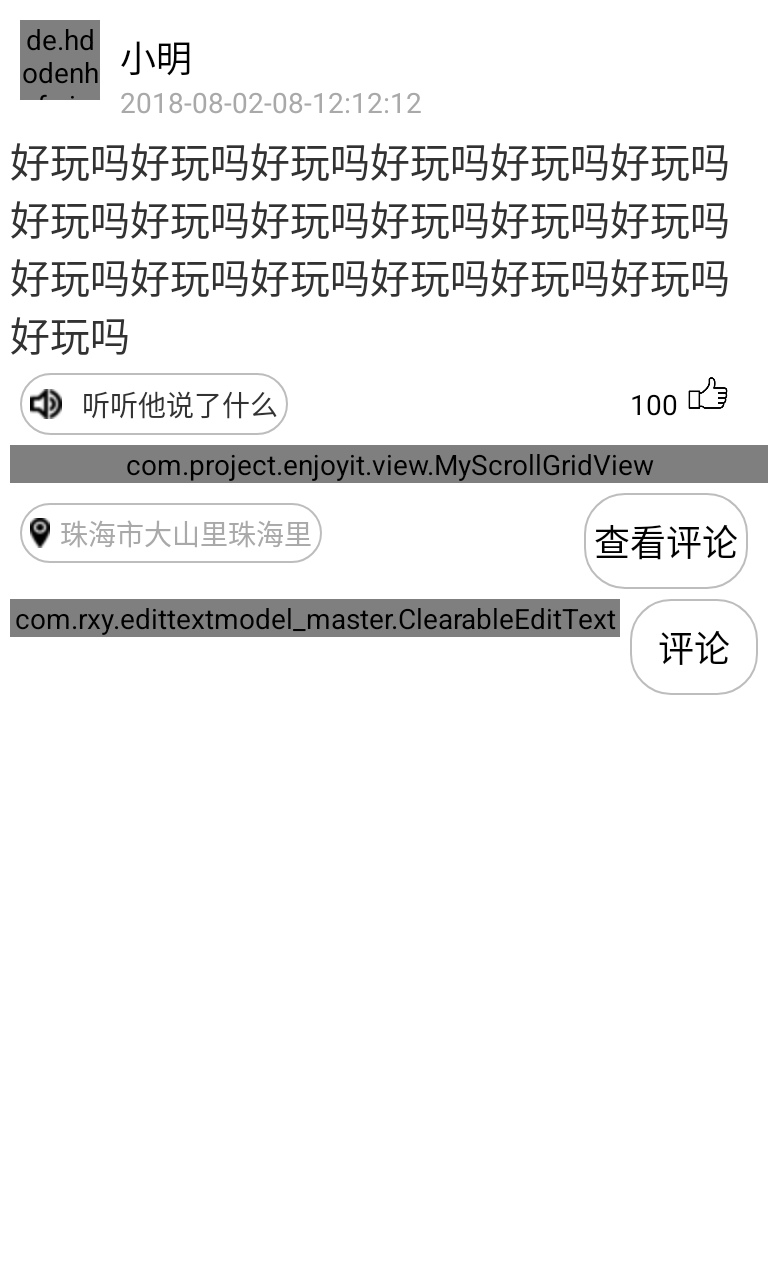
Repository: fatio/Nower
Layout: Android_Client_Source/EnjoyIt/res/layout/shows_list_item.xml
The author's editor kept a copy of each file at every save. The layout is drawn from the files as they stood at one save, then again after the next save.
Pictures or frames that could not be fetched are drawn as grey boxes. It is drawn on a 768 x 1280 px phone screen (xhdpi) without system bars, with theme AppTheme; the app's code is not run.

Above is the layout before, as saved 2015-12-27 07:41:14.

### Android_Client_Source/EnjoyIt/res/layout/shows_list_item.xml
<?xml version="1.0" encoding="utf-8"?>
<LinearLayout xmlns:android="http://schemas.android.com/apk/res/android"
    xmlns:tools="http://schemas.android.com/tools"
    xmlns:app="http://schemas.android.com/apk/res-auto"
    android:layout_width="match_parent"
    android:layout_height="match_parent"
    android:orientation="vertical" >

    <LinearLayout
        android:layout_width="match_parent"
        android:layout_height="wrap_content"
        android:orientation="horizontal" >

        <de.hdodenhof.circleimageview.CircleImageView
            android:id="@+id/civ_head_pic"
            android:layout_width="40dp"
            android:layout_height="40dp"
            android:layout_marginLeft="10dp"
            android:layout_marginTop="10dp"
            android:src="@drawable/head_cat"
            app:border_color="#FFEEEEEE"
            app:border_width="2dp" />

        <LinearLayout
            android:layout_width="wrap_content"
            android:layout_height="wrap_content"
            android:layout_marginLeft="10dp"
            android:layout_marginTop="15dp"
            android:orientation="vertical" >

            <TextView
                android:id="@+id/tv_username"
                android:layout_width="wrap_content"
                android:layout_height="wrap_content"
                android:text="小明"
                android:textColor="@drawable/white_show"
                android:textSize="18sp" />

            <TextView
                android:id="@+id/tv_time"
                android:layout_width="wrap_content"
                android:layout_height="wrap_content"
                android:text="2018-08-02-08-12:12:12"
                android:textColor="#a9a9a9" />
        </LinearLayout>
    </LinearLayout>

    <LinearLayout
        android:layout_width="match_parent"
        android:layout_height="wrap_content"
        android:layout_marginLeft="5dp"
        android:layout_marginRight="5dp"
        android:layout_marginTop="5dp"
        android:orientation="vertical" >

        <TextView
            android:id="@+id/tv_content"
            android:layout_width="match_parent"
            android:layout_height="wrap_content"
            android:autoLink="all"
            android:gravity="center|left"
            android:text="好玩吗好玩吗好玩吗好玩吗好玩吗好玩吗好玩吗好玩吗好玩吗好玩吗好玩吗好玩吗好玩吗好玩吗好玩吗好玩吗好玩吗好玩吗好玩吗"
            android:textSize="20sp" />
    </LinearLayout>

    <RelativeLayout
        android:layout_width="match_parent"
        android:layout_height="wrap_content"
        android:layout_marginTop="5dp"
        android:orientation="horizontal" >

        <TextView
            android:id="@+id/tv_sound"
            android:layout_width="wrap_content"
            android:layout_height="wrap_content"
            android:layout_alignParentLeft="true"
            android:layout_marginLeft="10dp"
            android:background="@drawable/imageview_btn_item_selector"
            android:drawableLeft="@drawable/ic_sound_pause"
            android:drawablePadding="10dp"
            android:padding="5dp"
            android:singleLine="true"
            android:text="听听他说了什么" />

        <ImageView
            android:id="@+id/iv_like"
            android:layout_width="20dp"
            android:layout_height="20dp"
            android:layout_alignParentRight="true"
            android:layout_marginLeft="5dp"
            android:layout_marginRight="20dp"
            android:src="@drawable/ic_like" />

        <TextView
            android:id="@+id/tv_likes_num"
            android:layout_width="wrap_content"
            android:layout_height="wrap_content"
            android:layout_centerVertical="true"
            android:layout_toLeftOf="@id/iv_like"
            android:gravity="center"
            android:text="100"
            android:textColor="@drawable/white_show" />
    </RelativeLayout>

    <com.project.enjoyit.view.MyScrollGridView
        android:id="@+id/gv_images"
        android:layout_width="fill_parent"
        android:layout_height="wrap_content"
        android:layout_marginLeft="5dp"
        android:layout_marginTop="5dp"
        android:horizontalSpacing="3dp"
        android:numColumns="4"
        android:scrollbars="none"
        android:verticalSpacing="5dp" />

    <RelativeLayout
        android:layout_width="match_parent"
        android:layout_height="wrap_content"
        android:layout_marginTop="5dp" >

        <TextView
            android:id="@+id/tv_address"
            android:layout_width="wrap_content"
            android:layout_height="wrap_content"
            android:layout_alignParentLeft="true"
            android:layout_gravity="center_vertical"
            android:layout_marginLeft="10dp"
            android:layout_marginTop="5dp"
            android:background="@drawable/imageview_btn_item_selector"
            android:drawableLeft="@drawable/ic_address"
            android:drawablePadding="5dp"
            android:ellipsize="marquee"
            android:padding="5dp"
            android:singleLine="true"
            android:text="珠海市大山里珠海里"
            android:textColor="#a9a9a9"
            android:textIsSelectable="true" />

        <Button
            android:id="@+id/bt_show_comments"
            android:layout_width="wrap_content"
            android:layout_height="wrap_content"
            android:layout_alignParentRight="true"
            android:layout_marginRight="10dp"
            android:background="@drawable/imageview_btn_item_selector"
            android:text="查看评论"
            android:padding="5dp"
            android:textColor="@drawable/white_show" />
    </RelativeLayout>

    <LinearLayout
        android:id="@+id/ll_comments_container"
        android:layout_width="match_parent"
        android:layout_height="wrap_content"
        android:orientation="vertical"
        android:visibility="gone" >

        <com.project.enjoyit.view.MyScrollListView
            android:id="@+id/lv_comments"
            android:layout_width="match_parent"
            android:layout_height="wrap_content"
            android:visibility="gone" />

        <Button
            android:id="@+id/bt_hide_comments"
            android:layout_width="wrap_content"
            android:layout_height="wrap_content"
            android:layout_gravity="right"
            android:layout_marginRight="10dp"
            android:background="@drawable/imageview_btn_item_selector"
            android:padding="5dp"
            android:text="隐藏评论"
            android:textColor="@drawable/white_show" />
    </LinearLayout>

    <LinearLayout
        android:layout_width="match_parent"
        android:layout_height="wrap_content"
        android:layout_marginLeft="5dp"
        android:layout_marginRight="5dp"
        android:layout_marginTop="5dp"
        android:orientation="horizontal" >

        <com.rxy.edittextmodel_master.ClearableEditText
            android:id="@+id/cet_comment_text"
            android:layout_width="0dp"
            android:layout_height="wrap_content"
            android:layout_weight="1"
            android:hint="我也说一句" />

        <Button
            android:id="@+id/bt_comment"
            android:layout_width="wrap_content"
            android:layout_height="wrap_content"
            android:layout_marginLeft="5dp"
            android:padding="5dp"
            android:background="@drawable/imageview_btn_item_selector"
            android:text="评论"
            android:textColor="@drawable/white_show" />
    </LinearLayout>

</LinearLayout>

### Android_Client_Source/EnjoyIt/res/values/styles.xml
<resources>
    <style name="like_toast_dialog_style">
        <item name="android:windowFrame">@null</item>
        <item name="android:windowIsFloating">true</item>
        <item name="android:windowIsTranslucent">true</item>
        <item name="android:windowNoTitle">true</item>
        <item name="android:backgroundDimEnabled">false</item>
        <item name="android:windowContentOverlay">@null</item>
        <item name="android:windowBackground">@drawable/round_background</item>
    </style>
    <style name="AnimBottom" parent="@android:style/Animation">
        <item name="android:windowEnterAnimation">@anim/push_bottom_in</item>
        <item name="android:windowExitAnimation">@anim/push_bottom_out</item>
    </style>

    <style name="PopupAnimation3" parent="android:Animation">
        <item name="android:windowEnterAnimation">@anim/push_bottom_in</item>
        <item name="android:windowExitAnimation">@anim/push_bottom_out</item>
    </style>

    <style name="PopupAnimation" mce_bogus="1" parent="android:Animation">
        <item name="android:windowEnterAnimation">@anim/activity_translate_in</item>
        <item name="android:windowExitAnimation">@anim/activity_translate_out</item>
    </style>

    <style name="PopupAnimation1" mce_bogus="1" parent="android:Animation">
        <item name="android:windowEnterAnimation">@anim/popup_enter</item>
        <item name="android:windowExitAnimation">@anim/popup_exit</item>
    </style>
    <!--
        Base application theme, dependent on API level. This theme is replaced
        by AppBaseTheme from res/values-vXX/styles.xml on newer devices.

    -->
    <style name="AppBaseTheme" parent="android:Theme.Light">
        <!--
            Theme customizations available in newer API levels can go in
            res/values-vXX/styles.xml, while customizations related to
            backward-compatibility can go here.

        -->
    </style>

    <!-- Application theme. -->
    <style name="AppTheme" parent="AppBaseTheme">
        <!-- All customizations that are NOT specific to a particular API-level can go here. -->
    </style>

</resources>

### Android_Client_Source/EnjoyIt/res/drawable/white_show.xml
<?xml version="1.0" encoding="utf-8"?>
<selector xmlns:android="http://schemas.android.com/apk/res/android">

    <item android:state_pressed="true" android:color="#ffffff"/>
    <item android:state_focused="true" android:color="#ffffff"/>
    <item android:color="#000000"/>

</selector>

### Android_Client_Source/EnjoyIt/res/drawable/imageview_btn_item_selector.xml
<?xml version="1.0" encoding="utf-8"?>
<selector xmlns:android="http://schemas.android.com/apk/res/android">

    <item android:drawable="@color/black2" android:state_pressed="true"><shape xmlns:android="http://schemas.android.com/apk/res/android">
            <solid android:color="#80858175" />

            <stroke android:width="2dip" android:color="#f5f5f5" />

            <corners android:radius="20dp" />
        </shape></item>
    <item android:state_pressed="false"><shape android:shape="rectangle">
            <solid android:color="#80858175" />

            <gradient android:angle="90" android:endColor="@color/white" android:startColor="@color/white" />

            <stroke android:width="1dip" android:color="#bdbdbd" />

            <corners android:radius="20dp" />
        </shape></item>

</selector><!--
solid设置填充颜色，颜色值以#80开头表示透明
stroke 设置边框宽度，颜色值
corners设置圆角
-->

### Android_Client_Source/EnjoyIt/res/values/colors.xml
<?xml version="1.0" encoding="utf-8" ?>
 <resources>
         <color name="bg_black">#000000</color>
    <color name="bg_white">#FFFFFF</color>
    <color name="bg_topbar">#FCFCFC</color>
    <color name="bg_gray">#00F1F1F1</color>
    <color name="bar_color">#232325</color>

    <color name="black2">#ffeeeeee</color>
    <color name="text_gray">#8D7A71</color>
    <color name="text_white">#FFFFFF</color>
    <color name="text_yellow">#FFC800</color>
    <color name="text_topbar">#694E42</color>
    <color name="div_white">#E5E5E5</color>
    <color name="puple">#d500f9</color>



 <color name="white">#ffffff</color><!--白色 -->
 <color name="ivory">#fffff0</color><!--象牙色 -->
 <color name="lightyellow">#ffffe0</color><!--亮黄色 -->
 <color name="yellow">#ffff00</color><!--黄色 -->
 <color name="snow">#fffafa</color><!--雪白色 -->
 <color name="floralwhite">#fffaf0</color><!--花白色 -->
 <color name="lemonchiffon">#fffacd</color><!--柠檬绸色 -->
 <color name="cornsilk">#fff8dc</color><!--米绸色 -->
 <color name="seaShell">#fff5ee</color><!--海贝色 -->
 <color name="lavenderblush">#fff0f5</color><!--淡紫红 -->
 <color name="papayawhip">#ffefd5</color><!--番木色 -->
 <color name="blanchedalmond">#ffebcd</color><!--白杏色 -->
 <color name="mistyrose">#ffe4e1</color><!--浅玫瑰色 -->
 <color name="bisque">#ffe4c4</color><!--桔黄色 -->
 <color name="moccasin">#ffe4b5</color><!--鹿皮色 -->
 <color name="navajowhite">#ffdead</color><!--纳瓦白 -->
 <color name="peachpuff">#ffdab9</color><!--桃色 -->
 <color name="gold">#ffd700</color><!--金色 -->
 <color name="pink">#ffc0cb</color><!--粉红色 -->
 <color name="lightpink">#ffb6c1</color><!--亮粉红色 -->
 <color name="orange">#ffa500</color><!--橙色 -->
 <color name="lightsalmon">#ffa07a</color><!--亮肉色 -->
 <color name="darkorange">#ff8c00</color><!--暗桔黄色 -->
 <color name="coral">#ff7f50</color><!--珊瑚色 -->
 <color name="hotpink">#ff69b4</color><!--热粉红色 -->
 <color name="tomato">#ff6347</color><!--西红柿色 -->
 <color name="orangered">#ff4500</color><!--红橙色 -->
 <color name="deeppink">#ff1493</color><!--深粉红色 -->
 <color name="fuchsia">#ff00ff</color><!--紫红色 -->
 <color name="magenta">#ff00ff</color><!--红紫色 -->
 <color name="red">#ff0000</color><!--红色 -->
 <color name="oldlace">#fdf5e6</color><!--老花色 -->
 <color name="lightgoldenrodyellow">#fafad2</color><!--亮金黄色 -->
 <color name="linen">#faf0e6</color><!--亚麻色 -->
 <color name="antiquewhite">#faebd7</color><!--古董白 -->
 <color name="salmon">#fa8072</color><!--鲜肉色 -->
 <color name="ghostwhite">#f8f8ff</color><!--幽灵白 -->
 <color name="mintcream">#f5fffa</color><!--薄荷色 -->
 <color name="whitesmoke">#f5f5f5</color><!--烟白色 -->
 <color name="beige">#f5f5dc</color><!--米色 -->
 <color name="wheat">#f5deb3</color><!--浅黄色 -->
 <color name="sandybrown">#f4a460</color><!--沙褐色 -->
 <color name="azure">#f0ffff</color><!--天蓝色 -->
 <color name="honeydew">#f0fff0</color><!--蜜色 -->
 <color name="aliceblue">#f0f8ff</color><!--艾利斯兰 -->
 <color name="khaki">#f0e68c</color><!--黄褐色 -->
 <color name="lightcoral">#f08080</color><!--亮珊瑚色 -->
 <color name="palegoldenrod">#eee8aa</color><!--苍麒麟色 -->
 <color name="violet">#ee82ee</color><!--紫罗兰色 -->
 <color name="darksalmon">#e9967a</color><!--暗肉色 -->
 <color name="lavender">#e6e6fa</color><!--淡紫色 -->
 <color name="lightcyan">#e0ffff</color><!--亮青色 -->
 <color name="burlywood">#deb887</color><!--实木色 -->
 <color name="plum">#dda0dd</color><!--洋李色 -->
 <color name="gainsboro">#dcdcdc</color><!--淡灰色 -->
 <color name="crimson">#dc143c</color><!--暗深红色 -->
 <color name="palevioletred">#db7093</color><!--苍紫罗兰色 -->
 <color name="goldenrod">#daa520</color><!--金麒麟色 -->
 <color name="orchid">#da70d6</color><!--淡紫色 -->
 <color name="thistle">#d8bfd8</color><!--蓟色 -->
 <color name="lightgray">#d3d3d3</color><!--亮灰色 -->
 <color name="lightgrey">#d3d3d3</color><!--亮灰色 -->
 <color name="tan">#d2b48c</color><!--茶色 -->
 <color name="chocolate">#d2691e</color><!--巧可力色 -->
 <color name="peru">#cd853f</color><!--秘鲁色 -->
 <color name="indianred">#cd5c5c</color><!--印第安红 -->
 <color name="mediumvioletred">#c71585</color><!--中紫罗兰色 -->
 <color name="silver">#c0c0c0</color><!--银色 -->
 <color name="darkkhaki">#bdb76b</color><!--暗黄褐色 -->
 <color name="rosybrown">#bc8f8f</color><!--褐玫瑰红 -->
 <color name="mediumorchid">#ba55d3</color><!--中粉紫色 -->
 <color name="darkgoldenrod">#b8860b</color><!--暗金黄色 -->
 <color name="firebrick">#b22222</color><!--火砖色 -->
 <color name="powderblue">#b0e0e6</color><!--粉蓝色 -->
 <color name="lightsteelblue">#b0c4de</color><!--亮钢兰色 -->
 <color name="paleturquoise">#afeeee</color><!--苍宝石绿 -->
 <color name="greenyellow">#adff2f</color><!--黄绿色 -->
 <color name="lightblue">#add8e6</color><!--亮蓝色 -->
 <color name="darkgray">#a9a9a9</color><!--暗灰色 -->
 <color name="darkgrey">#a9a9a9</color><!--暗灰色 -->
 <color name="brown">#a52a2a</color><!--褐色 -->
 <color name="sienna">#a0522d</color><!--赭色 -->
 <color name="darkorchid">#9932cc</color><!--暗紫色 -->
 <color name="palegreen">#98fb98</color><!--苍绿色 -->
 <color name="darkviolet">#9400d3</color><!--暗紫罗兰色 -->
 <color name="mediumpurple">#9370db</color><!--中紫色 -->
 <color name="lightgreen">#90ee90</color><!--亮绿色 -->
 <color name="darkseagreen">#8fbc8f</color><!--暗海兰色 -->
 <color name="saddlebrown">#8b4513</color><!--重褐色 -->
 <color name="darkmagenta">#8b008b</color><!--暗洋红 -->
 <color name="darkred">#8b0000</color><!--暗红色 -->
 <color name="blueviolet">#8a2be2</color><!--紫罗兰蓝色 -->
 <color name="lightskyblue">#87cefa</color><!--亮天蓝色 -->
 <color name="skyblue">#87ceeb</color><!--天蓝色 -->
 <color name="gray">#808080</color><!--灰色 -->
 <color name="grey">#808080</color><!--灰色 -->
 <color name="olive">#808000</color><!--橄榄色 -->
 <color name="purple">#800080</color><!--紫色 -->
 <color name="maroon">#800000</color><!--粟色 -->
 <color name="aquamarine">#7fffd4</color><!--碧绿色 -->
 <color name="chartreuse">#7fff00</color><!--黄绿色 -->
 <color name="lawngreen">#7cfc00</color><!--草绿色 -->
 <color name="mediumslateblue">#7b68ee</color><!--中暗蓝色 -->
 <color name="lightslategray">#778899</color><!--亮蓝灰 -->
 <color name="lightslategrey">#778899</color><!--亮蓝灰 -->
 <color name="slategray">#708090</color><!--灰石色 -->
 <color name="slategrey">#708090</color><!--灰石色 -->
 <color name="olivedrab">#6b8e23</color><!--深绿褐色 -->
 <color name="slateblue">#6a5acd</color><!--石蓝色 -->
 <color name="dimgray">#696969</color><!--暗灰色 -->
 <color name="dimgrey">#696969</color><!--暗灰色 -->
 <color name="mediumaquamarine">#66cdaa</color><!--中绿色 -->
 <color name="cornflowerblue">#6495ed</color><!--菊兰色 -->
 <color name="cadetblue">#5f9ea0</color><!--军兰色 -->
 <color name="darkolivegreen">#556b2f</color><!--暗橄榄绿 -->
 <color name="indigo">#4b0082</color><!--靛青色 -->
 <color name="mediumturquoise">#48d1cc</color><!--中绿宝石 -->
 <color name="darkslateblue">#483d8b</color><!--暗灰蓝色 -->
 <color name="steelblue">#4682b4</color><!--钢兰色 -->
 <color name="royalblue">#4169e1</color><!--皇家蓝 -->
 <color name="turquoise">#40e0d0</color><!--青绿色 -->
 <color name="mediumseagreen">#3cb371</color><!--中海蓝 -->
 <color name="limegreen">#32cd32</color><!--橙绿色 -->
 <color name="darkslategray">#2f4f4f</color><!--暗瓦灰色 -->
 <color name="darkslategrey">#2f4f4f</color><!--暗瓦灰色 -->
 <color name="seagreen">#2e8b57</color><!--海绿色 -->
 <color name="forestgreen">#228b22</color><!--森林绿 -->
 <color name="lightseagreen">#20b2aa</color><!--亮海蓝色 -->
 <color name="dodgerblue">#1e90ff</color><!--闪兰色 -->
 <color name="midnightblue">#191970</color><!--中灰兰色 -->
 <color name="aqua">#00ffff</color><!--浅绿色 -->
 <color name="cyan">#00ffff</color><!--青色 -->
 <color name="springgreen">#00ff7f</color><!--春绿色 -->
 <color name="lime">#00ff00</color><!--酸橙色 -->
 <color name="mediumspringgreen">#00fa9a</color><!--中春绿色 -->
 <color name="darkturquoise">#00ced1</color><!--暗宝石绿 -->
 <color name="deepskyblue">#00bfff</color><!--深天蓝色 -->
 <color name="darkcyan">#008b8b</color><!--暗青色 -->
 <color name="teal">#008080</color><!--水鸭色 -->
 <color name="green">#008000</color><!--绿色 -->
 <color name="darkgreen">#006400</color><!--暗绿色 -->
 <color name="blue">#0000ff</color><!--蓝色 -->
 <color name="mediumblue">#0000cd</color><!--中兰色 -->
 <color name="darkblue">#00008b</color><!--暗蓝色 -->
 <color name="navy">#000080</color><!--海军色 -->
 <color name="black">#000000</color><!--黑色 -->
 <color name="transparent">#0000</color><!-- 透明 -->
 <color name="transparent2">#8000</color><!-- 透明 -->
 <!-- 上传图片添加的颜色 -->
 <color name="none_color">#00000000</color>
 <color name="plugin_camera_black">#000000</color>
 <color name="albumback">#E1E0DE</color>


 <color name="style_red">#ff4c41</color>
 <color name="style_divider_color">#C9C7CD</color>
 </resources>

Loaded but not shown: Android_Client_Source/EnjoyIt/res/values-v11/styles.xml (common file); Android_Client_Source/EnjoyIt/res/values-v14/styles.xml (common file)

After the next save:
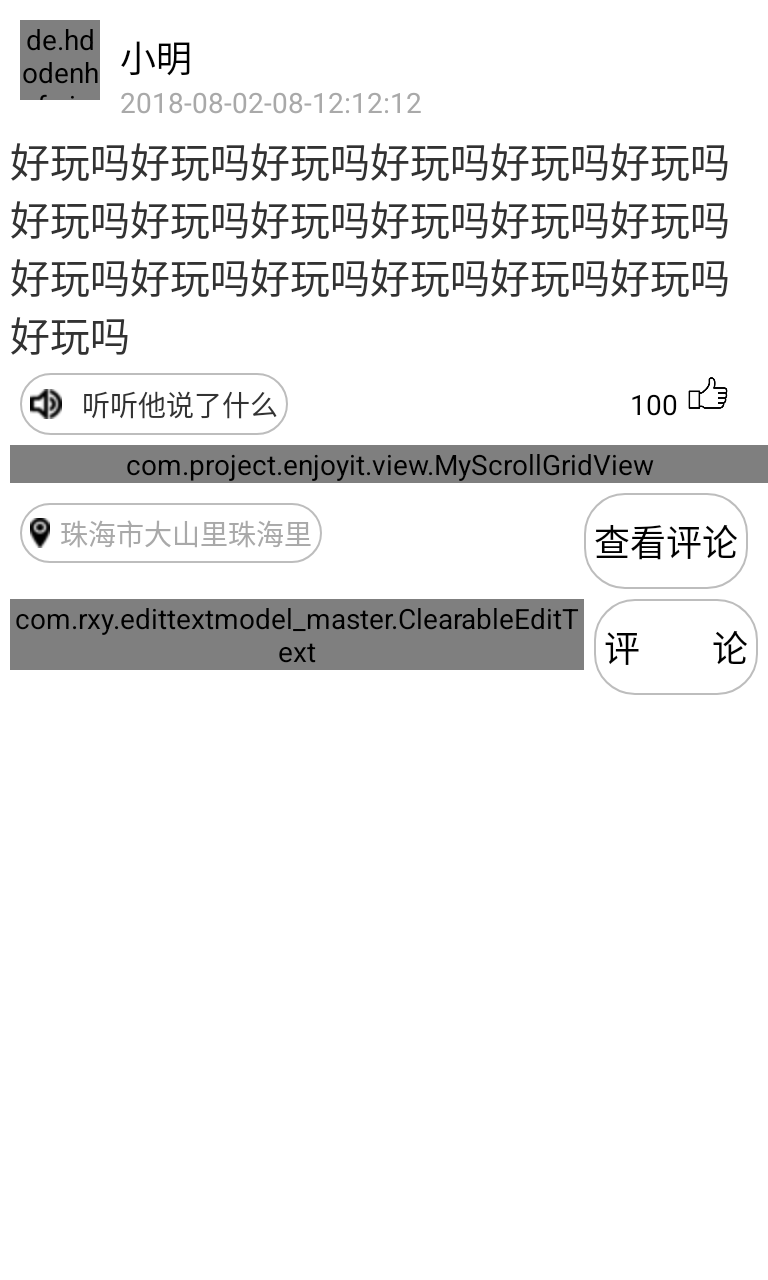
Saved 4 min 59 s later.
--- a/Android_Client_Source/EnjoyIt/res/layout/shows_list_item.xml
+++ b/Android_Client_Source/EnjoyIt/res/layout/shows_list_item.xml
@@ -195,7 +195,7 @@
             android:layout_marginLeft="5dp"
             android:padding="5dp"
             android:background="@drawable/imageview_btn_item_selector"
-            android:text="评论"
+            android:text="评　　论"
             android:textColor="@drawable/white_show" />
     </LinearLayout>
 

After the save that followed:
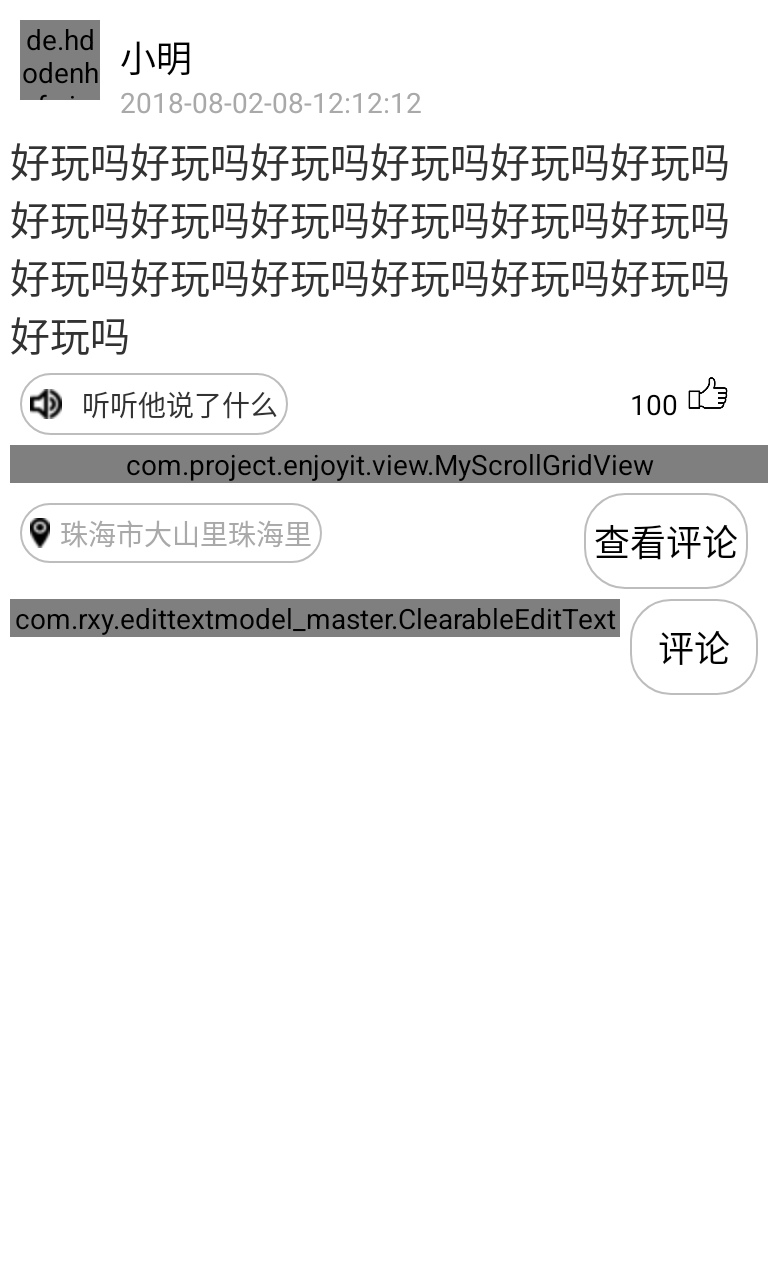
Saved 10 s later.
--- a/Android_Client_Source/EnjoyIt/res/layout/shows_list_item.xml
+++ b/Android_Client_Source/EnjoyIt/res/layout/shows_list_item.xml
@@ -195,7 +195,7 @@
             android:layout_marginLeft="5dp"
             android:padding="5dp"
             android:background="@drawable/imageview_btn_item_selector"
-            android:text="评　　论"
+            android:text="评论"
             android:textColor="@drawable/white_show" />
     </LinearLayout>
 
